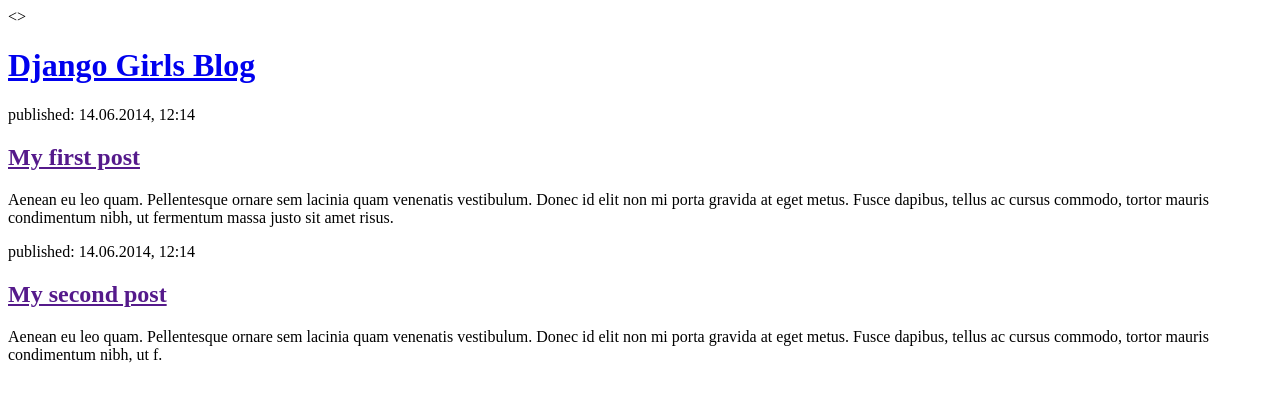
Repository: Krishna-bansall/django-blog
Page: http://localhost/
An editor plug-in stored every save of this project. The page is shown before and after the next save, followed by the edit.
The browser window is 1280 px wide. The pictures show the whole page.
The page is served by the project's application, run on Django 3.2 (manage.py). Other server files are loaded and not shown.

Above is the page before, as saved 2022-06-20 20:17:26.

### blog/templates/blog/post_list.html
<!DOCTYPE html>
<html lang="en">
	<head>
		<meta charset="UTF-8" />
		<meta http-equiv="X-UA-Compatible" content="IE=edge" />
		<meta name="viewport" content="width=device-width, initial-scale=1.0" />
		<title>Document</title>
	</head>
	<>
        <header>
            <h1><a href="/">Django Girls Blog</a></h1>
        </header>

        <article>
            <time>published: 14.06.2014, 12:14</time>
            <h2><a href="">My first post</a></h2>
            <p>Aenean eu leo quam. Pellentesque ornare sem lacinia quam venenatis vestibulum. Donec id elit non mi porta gravida at eget metus. Fusce dapibus, tellus ac cursus commodo, tortor mauris condimentum nibh, ut fermentum massa justo sit amet risus.</p>
        </article>

        <article>
            <time>published: 14.06.2014, 12:14</time>
            <h2><a href="">My second post</a></h2>
            <p>Aenean eu leo quam. Pellentesque ornare sem lacinia quam venenatis vestibulum. Donec id elit non mi porta gravida at eget metus. Fusce dapibus, tellus ac cursus commodo, tortor mauris condimentum nibh, ut f.</p>
        </article>
	</body>
</html>

### lilBlog/urls.py
from django.contrib import admin
from django.urls import path, include


urlpatterns = [
    path('admin/', admin.site.urls),
    path('', include('blog.urls')),
]

Loaded but not shown: blog/views.py (common file); blog/urls.py (common file)

After the next save:
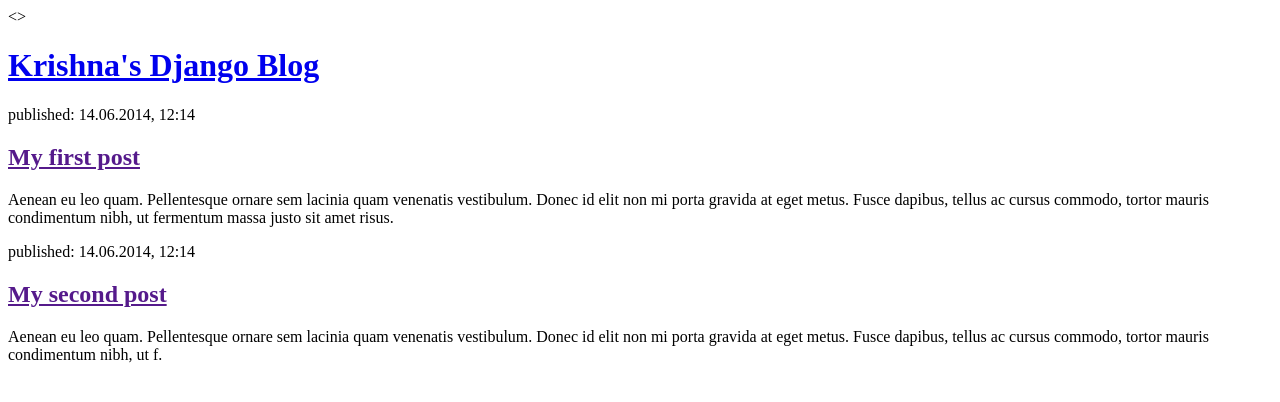
Saved 9 s later.
--- a/blog/templates/blog/post_list.html
+++ b/blog/templates/blog/post_list.html
@@ -8,7 +8,7 @@
 	</head>
 	<>
         <header>
-            <h1><a href="/">Django Girls Blog</a></h1>
+            <h1><a href="/">Krishna's Django Blog</a></h1>
         </header>
 
         <article>
